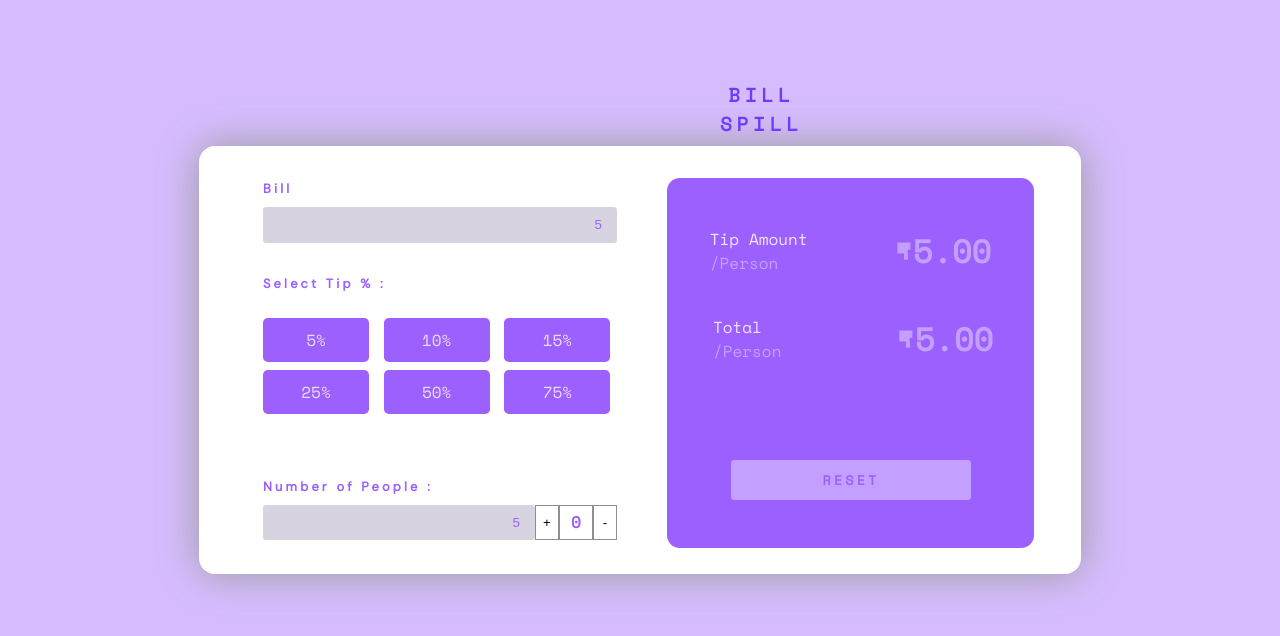
Repository: drumsmanku/micro-project-3
Page: index.html
The author's editor kept a copy of each file at every save. The page is drawn from the files as they stood at one save, then again after the next save.
The browser window is 1280 px wide. The pictures show the whole page.
Empty fields were first filled with sample values (such as "Sample", 5 or name@example.com).
After loading, the first visible `#five` was clicked once.

Above is the page before, as saved 2023-04-17 23:40:57.

After the next save:
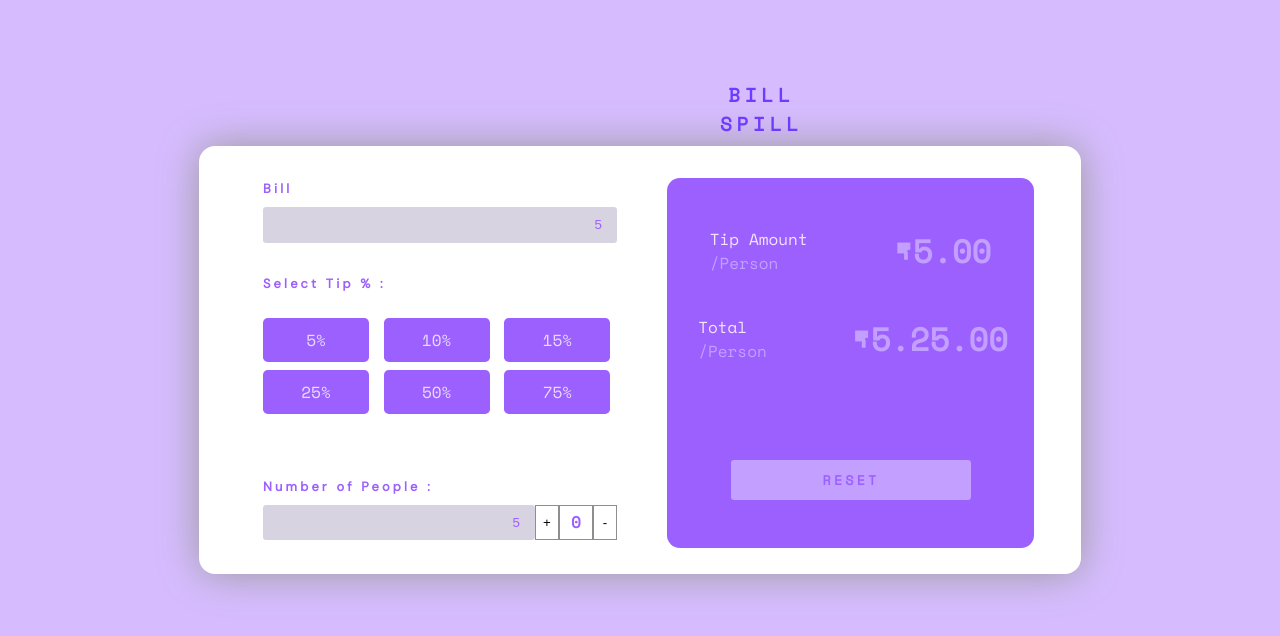
Saved 77 s later.
--- a/script.js
+++ b/script.js
@@ -28,11 +28,10 @@ function five(){
   tip=Number(total*0.05)
   final_total=Number(total)+ tip;
   get_value_of_people();
-  total_per_person=document.getElementById("total-per-person").innerHTML;
+
   tip_per_person=document.getElementById("tip-per-person").innerHTML;
-  console.log(tip_per_person);
   if(val1===0){
-    total_per_person=`₹${final_total}.00`;
+    document.getElementById("total-per-person").innerHTML=`₹${final_total}.00`;
     tip_per_person=`₹${tip}.00`;
 
   }
